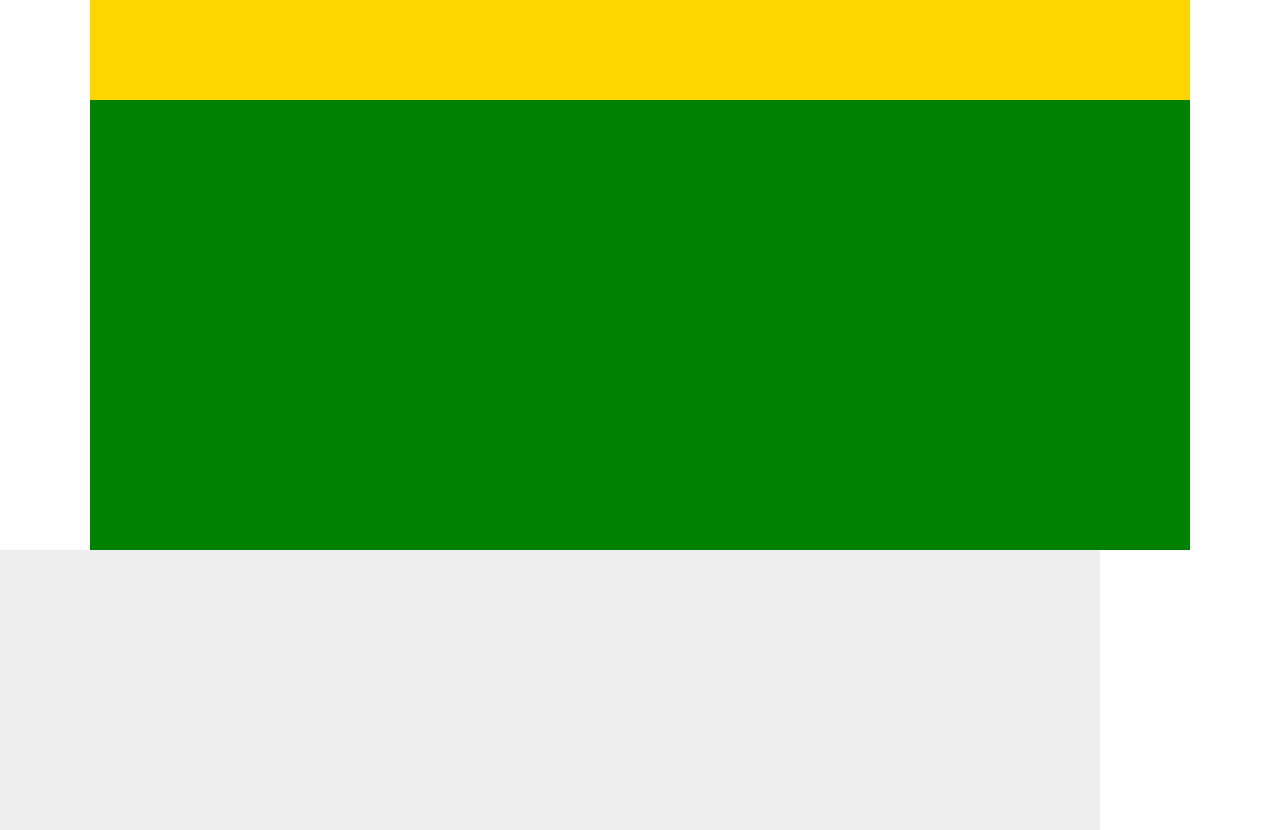
Repository: Hotmintchoco/SpringStudy
Page: HtmlTest/src/main/webapp/index3.html
An editor plug-in stored every save of this project. The page is shown before and after the next save, followed by the edit.
The browser window is 1280 px wide. The pictures show the whole page.

Above is the page before, as saved 2022-05-03 07:27:59.

### HtmlTest/src/main/webapp/index3.html
<!DOCTYPE html>
<html>
<head>
<meta charset="EUC-KR">
<title>Insert title here</title>
<style>
	body {
		margin: 0; padding: 0; font-family: "맑은 고딕";
	}
	ul,ol,li {list-style: none; margin: 0; padding: 0;}

	header {
		width: 1100px; height: 100px; background-color: gold; margin: 0 auto;
	}
	#slider {
		width: 1100px; height: 450px; background-color: green; margin: 0 auto;
	}
	section {
		width: 1100px; height: 280px; background-color: #eee;
	}
</style>
</head>
<body>
	<header></header>

	<div id="slider"></div>

	<section></section>
</body>
</html>

After the next save:
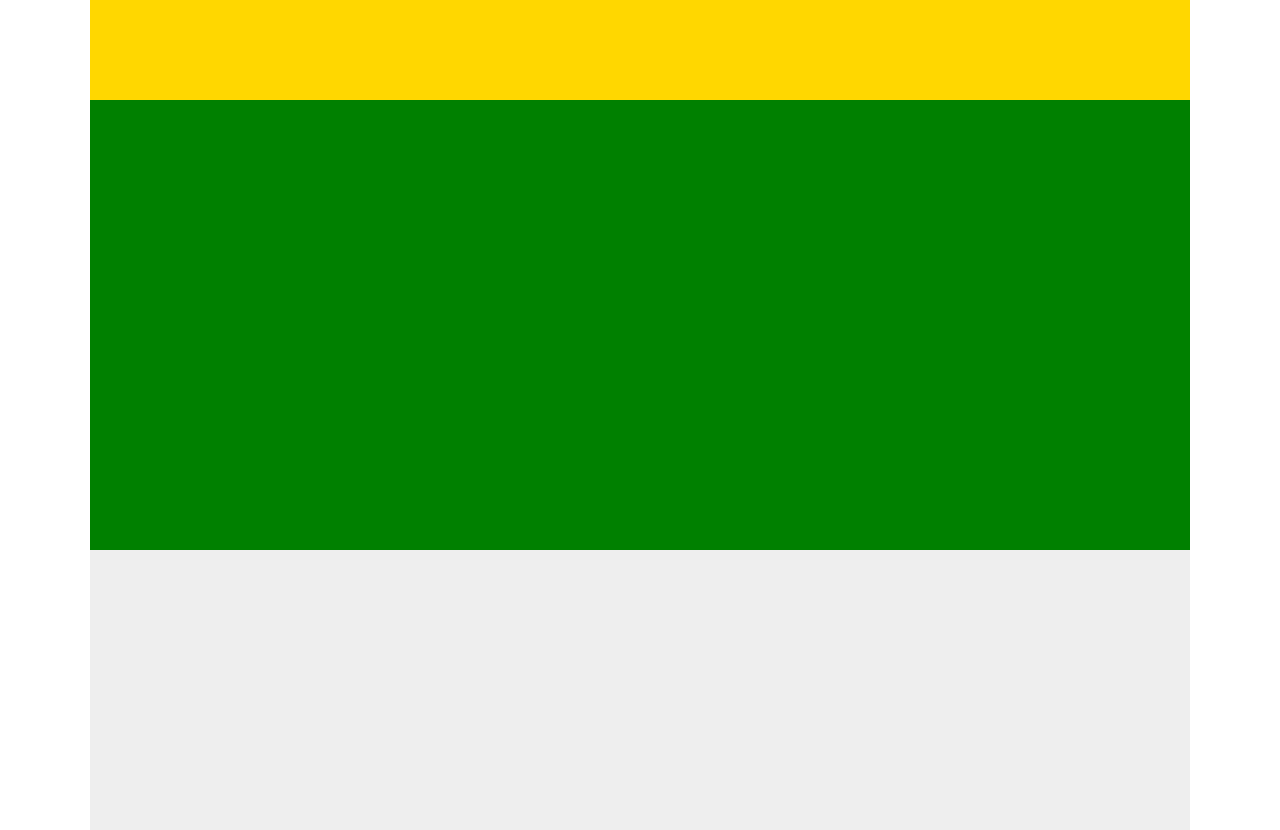
Saved 11 s later.
--- a/HtmlTest/src/main/webapp/index3.html
+++ b/HtmlTest/src/main/webapp/index3.html
@@ -16,7 +16,7 @@
 		width: 1100px; height: 450px; background-color: green; margin: 0 auto;
 	}
 	section {
-		width: 1100px; height: 280px; background-color: #eee;
+		width: 1100px; height: 280px; background-color: #eee; margin: 0 auto;
 	}
 </style>
 </head>
